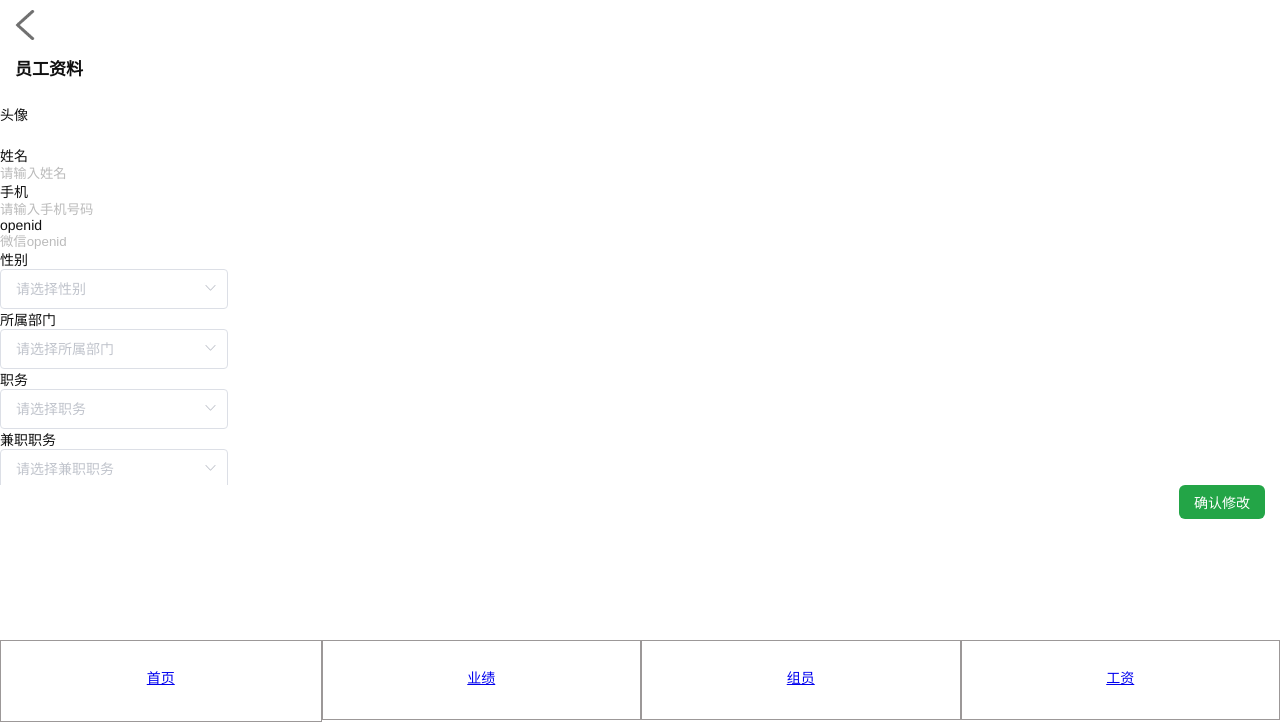
Repository: panlin520-team/lnmj-staffH5
Page: /#/homepage
The author's editor kept a copy of each file at every save. The page is drawn from the files as they stood at one save, then again after the next save.
The browser window is 1280 px wide. The pictures show the whole page.
An inner scrolling area shows only its first screen. The project was rebuilt for these pictures with package versions that can differ from the ones it lists, and the page was loaded fresh each time. Also part of the build but not shown: src/views/Lojin.vue.

Above is the page before, as saved 2020-04-08 15:15:31.

### src/main.js
import Vue from 'vue'
import App from './App.vue'
import router from './router'
import store from './store'
import ElementUI from 'element-ui'
import '@/assets/scss/reset.less'
import 'element-ui/lib/theme-chalk/index.css';
Vue.use(ElementUI)


Vue.config.productionTip = false

new Vue({
  router,
  store,
  render: h => h(App)
}).$mount('#app')

### src/App.vue
<template>
  <div id="app">
    <router-view />
  </div>
</template>
<script>
export default {
  data() {
    return {
    };
  },
  created() {},
  methods: {
  }
};
</script>
<style lang="less">
</style>

### src/router/index.js
import Vue from 'vue'
import VueRouter from 'vue-router'
import Lojin from '../views/Lojin.vue'

Vue.use(VueRouter)

const routes = [
  //首页登录
  {
    path: '/',
    name: 'Lojin',
    component: Lojin
  },
  //首页登录
  {
    path: '/Lojin',
    name: 'Lojin',
    component: Lojin
  },
  //用户注册
  {
    path: '/register',
    name: 'Register',
    component: () => import('../views/Register.vue')
  },
  //用户忘记密码
  {
    path: '/forgetpassword',
    name: 'Forgetpassword',
    component: () => import('../views/Forgetpassword.vue')
  },
  //登录首页
  {
    path: '/homepage',
    name: 'Homepage',
    component: () => import('../views/Homepage.vue')
  },
  //业绩
  {
    path: '/performance',
    name: 'Performance',
    component: () => import('../views/Performance.vue')
  },
  //组员
  {
    path: '/crew',
    name: 'Crew',
    component: () => import('../views/Crew.vue')
  },
  //工资
  {
    path: '/salary',
    name: 'Salary',
    component: () => import('../views/Salary.vue')
  },
]

const router = new VueRouter({
  routes
})

export default router

### src/assets/scss/reset.less
* {
  margin: 0;
  padding: 0;
}

div {
  box-sizing: border-box;
  -webkit-tap-highlight-color: rgba(0, 0, 0, 0);
  // -webkit-user-select: none;
}

img {
  border: 0;
}

ul,
ol {
  list-style: none;
}

textarea {
  // 禁止调节文本域尺寸
  resize: none;
  outline-style: none;
  -webkit-appearance: none;
}

input,
button {
  outline-style: none;
  box-sizing: border-box;
  border: none;
}

// 输入框提示文本颜色设置
input::-moz-focus-inner {
  border: 0;
}

input::-webkit-input-placeholder {
  /* WebKit browsers */
  color: #BBB;
}

input::-moz-placeholder {
  /* Mozilla Firefox 19+ */
  color: #BBB;
}

input:-ms-input-placeholder {
  /* Internet Explorer 10+ */
  color: #BBB;
}

html,
body {
  width: 100%;
  height: 100%;
}

body {
  background-color: #ffffff;
  font-family: "Helvetica Neue", Helvetica, "PingFang SC", "Hiragino Sans GB", "Microsoft YaHei", "微软雅黑", Arial, sans-serif;
  font-size: 14px;
  color: #101010;
}

#app {
  position: relative;
  width: 100%;
  height: 100%;
}

// 滚动条尺寸
div::-webkit-scrollbar {
  width: 10px;
  height: 10px;
}

// 滚动条内部方块
// div::-webkit-scrollbar-thumb {
//   border-radius: 10px;
//   box-shadow: inset 0 0 5px rgba(0, 0, 0, 0.2);
//   background: #52BD3A;
// }

// 滚动条轨道
// div::-webkit-scrollbar-track {
//   box-shadow: inset 0 0 5px rgba(0, 0, 0, 0.2);
//   border-radius: 10px;
//   background: rgba(0, 0, 0, 0.1);
// }

.topBand {
  width: 100%;
  height: 80px;
  background: #23A547;
  display: flex;
  position: fixed;
  top: 0;
  left: 0;
  z-index: 100;
}

.container {
  display: flex;
  background: #ffffff;
  padding-top: 80px;
  z-index: 99;
  height: 100%;

  .aside {
    width: 200px;
    min-width: 200px;
    overflow: hidden;
    white-space: nowrap;
    text-overflow: ellipsis;
    position: fixed;
    top: 80px;
    bottom: 0;
    left: 0;
  }

  .main {
    flex: 1;

    &.active {
      padding-left: 200px;
    }
  }
}

.footer {
  height: 80px;
  background: #23A547;
}

.scrollX {
  overflow-x: auto;
  overflow-y: hidden;
}

.scrollY {
  overflow-x: hidden;
  overflow-y: auto;
}

.popPage {
  position: fixed;
  top: 0;
  left: 0;
  width: 100%;
  height: 100%;
  padding: 20px;
  z-index: 100;
  background-color: #ffffff;
}

.nowrap {
  overflow: hidden;
  white-space: nowrap;
  text-overflow: ellipsis;
}

.btn-pointer {
  cursor: pointer;
}

### src/views/Homepage.vue
 <!--登录首页-->
<template>
  <div class="homepage">
    <div class="imgs" @click="returnLojin">
      <img src="../assets/images/icon-left.png" alt />
    </div>
    <!-- 中间 -->
    <div class="content">
      <div class="top" slot="top">
        <div class="title">员工资料</div>
      </div>
      <div class="main" slot="main">
        <div class="items scrollY" style="height:400px;">
          <!-- 头像上传 -->
          <div class="item">
            <label class="label-left" style="line-height: 60px;">头像</label>
            <div class="value">

            </div>
          </div>
          <div class="item">
            <label class="label-left">姓名</label>
            <div class="value">
              <input
                type="text"
                placeholder="请输入姓名"
                v-model="employeesDetails.name"
                class="input-value"
              />
            </div>
          </div>
          <div class="item">
            <label class="label-left">手机</label>
            <div class="value">
              <input
                type="text"
                placeholder="请输入手机号码"
                v-model="employeesDetails.mobile"
                class="input-value"
              />
            </div>
          </div>
          <div class="item">
            <label class="label-left">openid</label>
            <div class="value">
              <input
                type="text"
                placeholder="微信openid"
                v-model="employeesDetails.openid"
                class="input-value"
              />
            </div>
          </div>
          <div class="item">
            <label class="label-left">性别</label>
            <div class="value">
              <el-select v-model="employeesDetails.gender" placeholder="请选择性别">
                <el-option
                  v-for="item in genders"
                  :key="item.value"
                  :label="item.name"
                  :value="item.value"
                ></el-option>
              </el-select>
            </div>
          </div>
          <!-- <div class="item">
                <label class="label-left">所属分组</label>
                <div class="value">
                  <el-select v-model="employeesDetails.groupId" placeholder="请选择分组">
                    <el-option
                      v-for="item in groups"
                      :key="item.groupId"
                      :label="item.name"
                      :value="item.groupId"
                    ></el-option>
                  </el-select>
                </div>
          </div>-->
          <div class="item">
            <label class="label-left">所属部门</label>
            <div class="value">
              <el-select v-model="part_department" @change="changedepartment" placeholder="请选择所属部门">
                <el-option
                  v-for="item in part_partment"
                  :key="item.id"
                  :label="item.name"
                  :value="item.id"
                ></el-option>
              </el-select>
            </div>
          </div>
          <div class="item">
            <label class="label-left">职务</label>
            <div class="value">
              <el-select v-model="employeepostName" @change="changedeptails" placeholder="请选择职务">
                <el-option
                  v-for="item in postNames"
                  :key="item.postId"
                  :label="item.name"
                  :value="item.postId"
                ></el-option>
              </el-select>
            </div>
          </div>
          <div class="item">
            <label class="label-left">兼职职务</label>
            <div class="value">
              <el-select v-model="part_timeJobe" @change="changejobe" placeholder="请选择兼职职务">
                <el-option
                  v-for="item in part_timeNames"
                  :key="item.postId"
                  :label="item.name"
                  :value="item.postId"
                ></el-option>
              </el-select>
            </div>
          </div>

          <div class="item">
            <label class="label-left">是否兼职</label>
            <div class="value">
              <el-select v-model="part_trueJobe" @change="changetrueJobe" placeholder="请确认是否兼职">
                <el-option
                  v-for="item in part_trueNames"
                  :key="item.postId"
                  :label="item.name"
                  :value="item.postId"
                ></el-option>
              </el-select>
            </div>
          </div>
          <div class="item">
            <label class="label-left">计算底薪</label>
            <div class="value">
              <el-select v-model="isBasicSalarer" @change="changeSalary" placeholder="是否计算底薪">
                <el-option
                  v-for="item in isBasicSalary"
                  :key="item.value"
                  :label="item.label"
                  :value="item.value"
                ></el-option>
              </el-select>
            </div>
          </div>
          <!-- <div class="item">
            <label class="label-left">级别</label>
            <div class="value">
              <el-select v-model="employeesDetails.postLevel" placeholder="请选择级别">
                <el-option
                  v-for="item in levels"
                  :key="item.postLevelId"
                  :label="item.postLevelName"
                  :value="item.postLevelId"
                ></el-option>
              </el-select>
            </div>
          </div>-->
          <div class="item">
            <label class="label-left">入职时间</label>
            <div class="value">
              <el-date-picker
                v-model="employeesDetails.entryTime"
                :editable="false"
                :clearable="false"
                align="center"
                type="date"
                format="yyyy-MM-dd"
                value-format="yyyy-MM-dd"
                placeholder="选择入职时间"
                class="setEmpDatePicker"
              ></el-date-picker>
            </div>
          </div>
          <div class="item">
            <label class="label-left">目前状态</label>
            <div class="value">
              <el-select v-model="workingState" @change="changezhtai" placeholder="请选择员工目前状态">
                <el-option
                  v-for="item in workingStates"
                  :key="item.state"
                  :label="item.name"
                  :value="item.state"
                ></el-option>
              </el-select>
            </div>
          </div>
        </div>
      </div>
      <div class="bottom" slot="bottom">
        <div class="btn-save btn-pointer" @click="newEmployees">确认修改</div>
      </div>
    </div>
    <!-- 底部导航 -->
    <div class="switchoverBtn">
      <Btnnavigation></Btnnavigation>
    </div>
  </div>
</template>


<script>
//引入模块
import Btnnavigation from "@/components/Btnnavigation.vue";

export default {
  name: "homepage",
  components: { Btnnavigation },
  data() {
    return {
      //员工信息
      employeesDetails: {
        name: "",
        mobile: "",
        openid: "",
        gender: "",
        entryTime: "",
      },
      //部门
      part_department: "",
      part_partment: [],
      //职务
      employeepostName: "",
      postNames: [],
      //兼职职务
      part_timeJobe: "",
      part_timeNames: [],
      //是否兼职
      part_trueJobe: "",
      part_trueNames: [
        {
          postId: 1,
          name: "是"
        },
        {
          postId: 0,
          name: "否"
        }
      ],
      //是否计算底薪
      isBasicSalarer: "",
      isBasicSalary: [
        {
          value: 0,
          label: "否"
        },
        {
          value: 1,
          label: "是"
        }
      ],
      //目前状态
      workingState: "",
      workingStates: [
        {
          state: 1,
          name: "在职"
        },
        {
          state: 0,
          name: "离职"
        }
      ],
      //性别
      genders: [
        {
          value: 0,
          name: "女"
        },
        {
          value: 1,
          name: "男"
        }
      ]
    };
  },
  created() {},
  methods: {
    //返回登录页面
    returnLojin() {
      const _this = this;
      _this.$router.replace("/Lojin");
    },
    //修改
    newEmployees() {},
    //修改部门
    changedepartment() {},
    //修改职务
    changedeptails() {},
    //修改兼职职务
    changejobe() {},
    //是否兼职
    changetrueJobe() {},
    //是否计算底薪
    changeSalary() {},
    //目前状态
    changezhtai(){

    },
  }
};
</script>

<style lang="less" scoped>
.homepage {
  width: 100%;
  height: 100%;
  position: relative;
  .imgs {
    width: 50px;
    height: 50px;
    padding: 10px;
    img {
      width: 100%;
      height: 100%;
    }
  }
  .content {
    .top {
      padding: 5px 15px;
    }
    .title {
      font-size: 17px;
      font-weight: 700;
    }
    .main{

    }

    .bottom {
      text-align: right;
      .btn-save {
        padding: 7px 15px;
        font-size: 14px;
        margin-right: 15px;
        border-radius: 6px;
        color: #ffffff;
        background-color: #23a547;
        text-align: center;
        display: inline-block;
      }
      .iconfont {
        font-size: 25px;
      }
      .btn-del {
        padding: 7px 15px;
        font-size: 14px;
        margin-right: 15px;
        border-radius: 6px;
        color: #ffffff;
        background: #e6a23c;
        text-align: center;
        display: inline-block;
      }
    }
  }
  .switchoverBtn {
    position: absolute;
    bottom: 0;
    width: 100%;
    height: 80px;
    z-index: 999;
  }
}
</style>

### src/components/Btnnavigation.vue
 <!--底部导航-->
<template>
  <div class="btnnavigation">
    <!-- <div class="somenavigation">
      <div class="navitnew">
      <router-link to="/homepage">首页</router-link>
      </div>
    </div>-->
    <router-link class="somenavigation" to="/homepage">
      <div class="navitnew">首页</div>
    </router-link>

    <div class="somenavigation">
      <div class="navitnew">
        <router-link to="/Performance">业绩</router-link>
      </div>
    </div>
    <div class="somenavigation">
      <div class="navitnew">
        <router-link to="/crew">组员</router-link>
      </div>
    </div>
    <div class="somenavigation">
      <div class="navitnew">
        <router-link to="/salary">工资</router-link>
      </div>
    </div>
  </div>
</template>

<script>
export default {
  name: "btnnavigation",
  components: {},
  data() {
    return {};
  },
  created() {},
  methods: {}
};
</script>

<style lang="less" scoped>
.btnnavigation {
  width: 100%;
  height: 100%;
  display: flex;
  .somenavigation {
    width: 25%;
    height: 100%;
    border: 1px solid rgb(156, 152, 152);
    .navitnew {
      text-align: center;
      line-height: 75px;
    }
  }
}
</style>

Loaded but not shown: public/index.html (common file); src/store/index.js (common file)

After the next save:
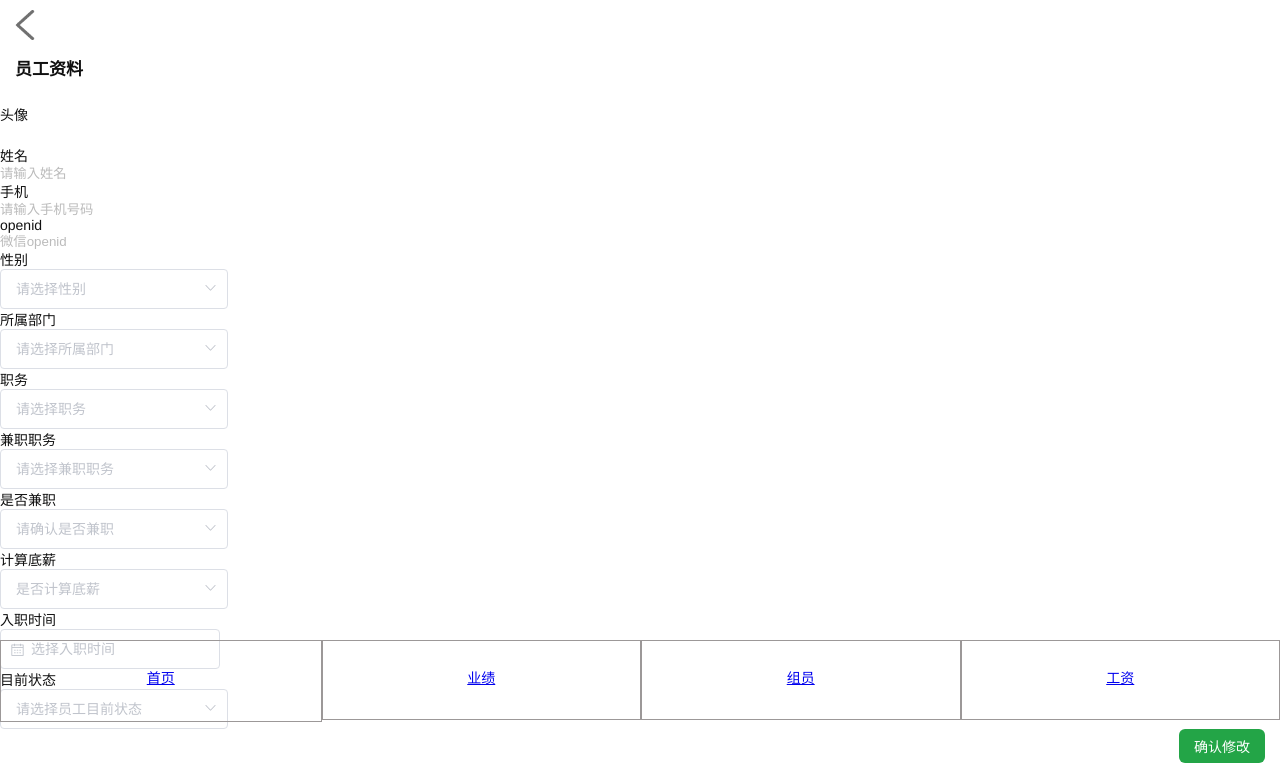
Saved 2 min 15 s later.
--- a/src/views/Homepage.vue
+++ b/src/views/Homepage.vue
@@ -10,7 +10,7 @@
         <div class="title">员工资料</div>
       </div>
       <div class="main" slot="main">
-        <div class="items scrollY" style="height:400px;">
+        <div class="items scrollY">
           <!-- 头像上传 -->
           <div class="item">
             <label class="label-left" style="line-height: 60px;">头像</label>
